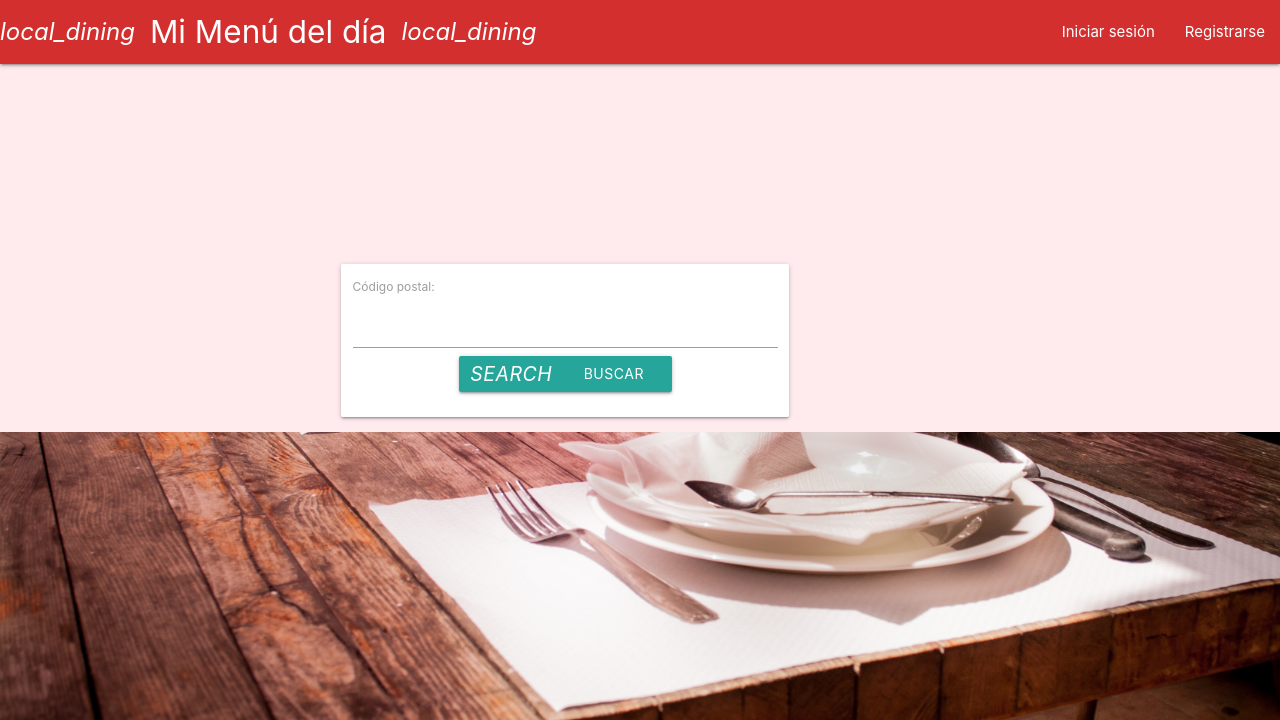
Repository: ixtab/ProyectoJavaRestaurante
Page: http://localhost/MiMenu/
These files come from the project's save history. The page is drawn as it stood at one moment and after the next save; the edit follows.
The browser window is 1280 px wide. The pictures show the whole page.
The page is served by Tomcat 9.

Above is the page before, as saved 2019-03-17 19:35:34.

After the next save:
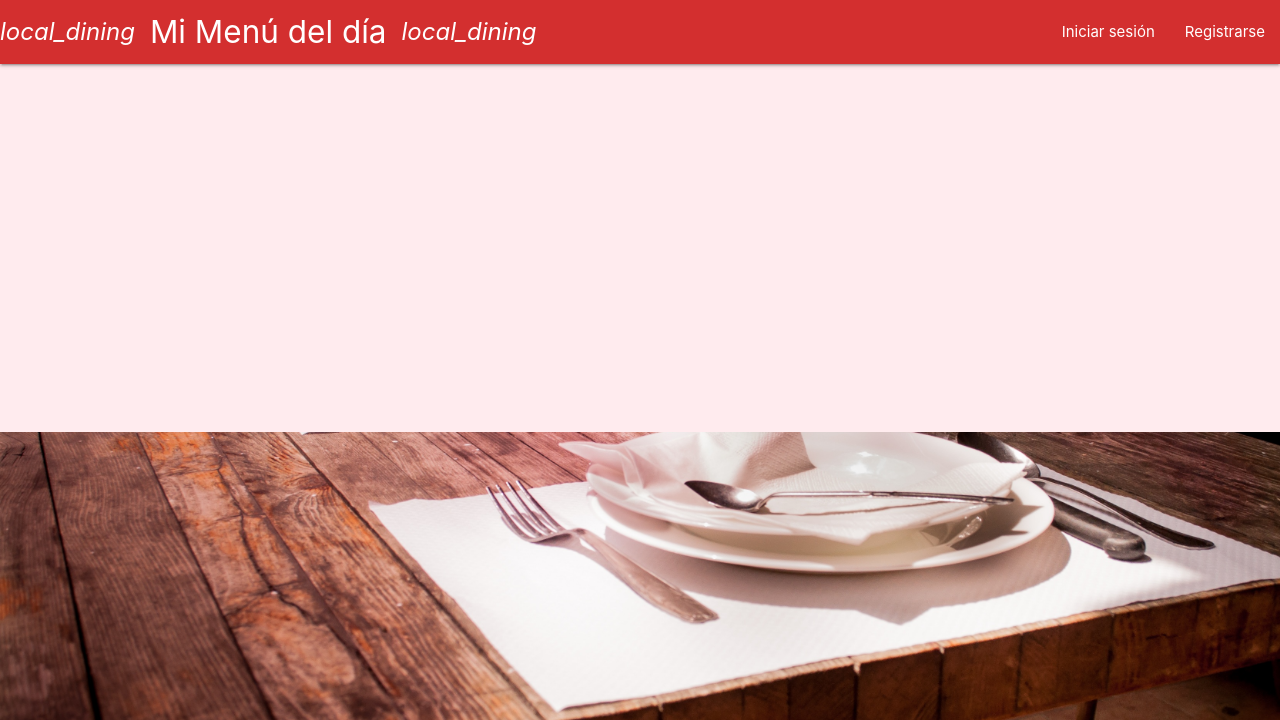
Saved 24 s later.
--- a/MiMenu/WebContent/css/style.css
+++ b/MiMenu/WebContent/css/style.css
@@ -22,3 +22,7 @@ body {
 .mapa {
 	display: none;
 }
+
+.transparente {
+	opacity: 0;
+}

After the save that followed:
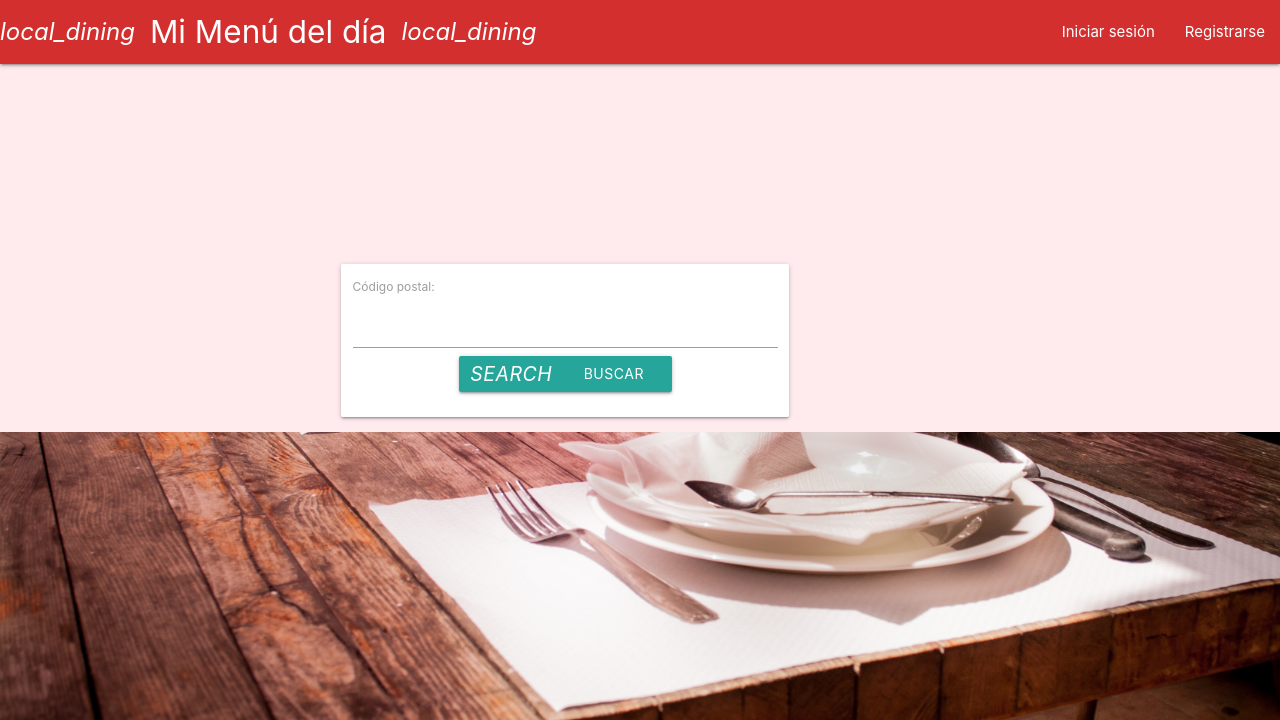
Saved 4 s later.
--- a/MiMenu/WebContent/css/style.css
+++ b/MiMenu/WebContent/css/style.css
@@ -24,5 +24,5 @@ body {
 }
 
 .transparente {
-	opacity: 0;
+	opacity:1;
 }
